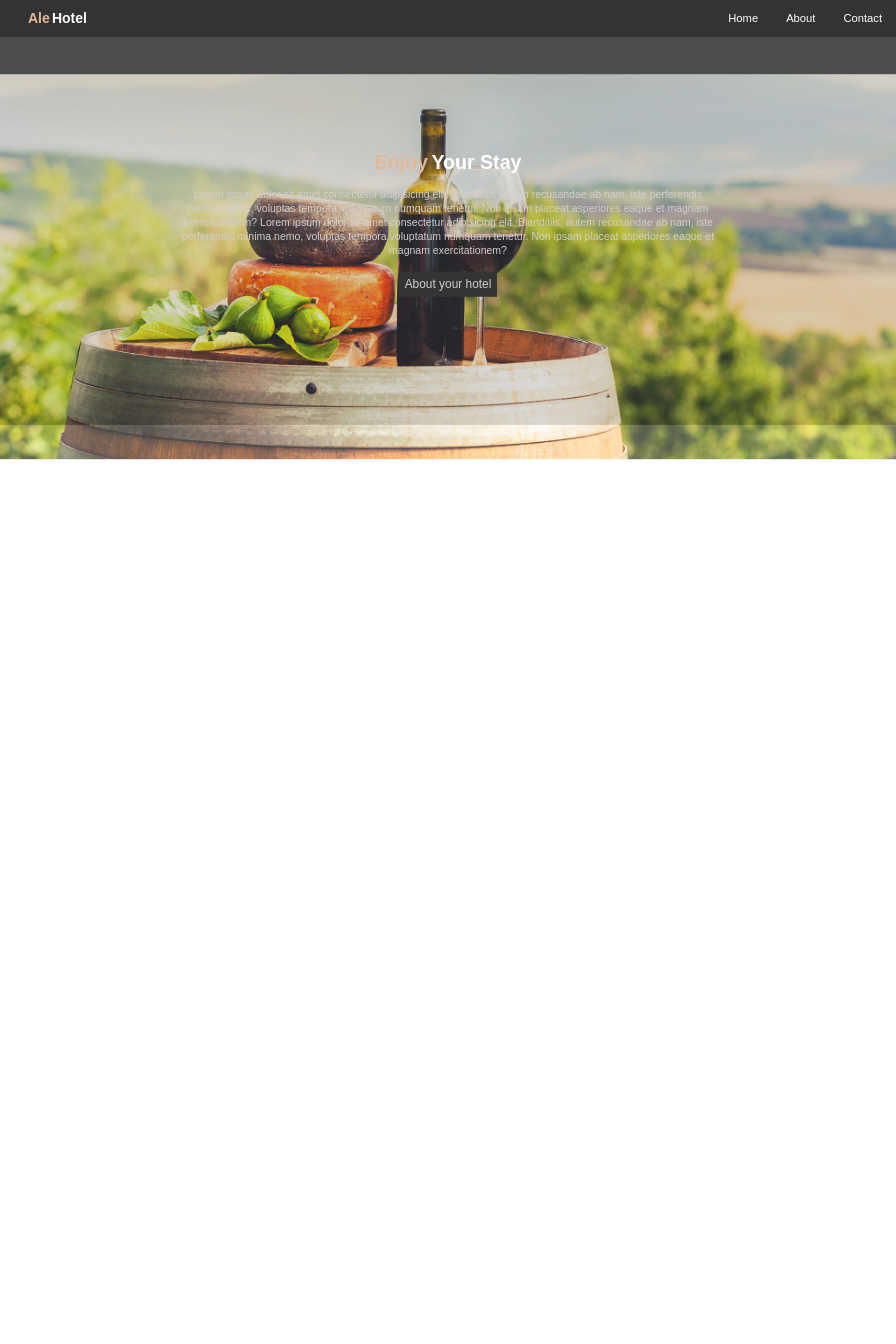
Repository: Ngoc28/HTML-CSS
Page: aleHoltel/index.html
These files come from the project's save history. The page is drawn as it stood at one moment and after the next save; the edit follows.
The browser window is 1280 px wide. The pictures show the part of the page from y = 0 to 1920 px (the page is 5000 px tall), at 70% of full size.

Above is the page before, as saved 2023-08-06 00:04:25.

### aleHoltel/index.html
<!DOCTYPE html>
<html lang="en">
<head>
    <meta charset="UTF-8">
    <meta name="viewport" content="width=device-width, initial-scale=1.0">
    <title>Ale Hotel</title>
    <link rel="stylesheet" href="./style.css">
</head>
<body>
    <header>
        <div class="header-logo">
            <h1 class="heading">Ale<span>Hotel</span></h1>
        </div>
        <nav class="header-nav">
            <ul class="nav-link">
                <li class="nav-item"><a href="">Home</a></li>
                <li class="nav-item"><a href="">About</a></li>
                <li class="nav-item"><a href="">Contact</a></li>
            </ul>
        </nav>
    </header>
    <main>
        <div class="container">
            <div class="about">
                <div class="about-img">
                    <img src="./img/banner1.jpg" alt="About us" height="550px" width="100%">
                </div>
                <div class="about-introduce">
                    <h1 class="about-heading">Enjoy<span>Your Stay</span></h1>
                    <p class="about-text">
                        Lorem ipsum dolor sit amet consectetur adipisicing elit. Blanditiis, autem recusandae ab nam, iste perferendis minima nemo, voluptas tempora voluptatum numquam tenetur. Non ipsam placeat asperiores eaque et magnam exercitationem?
                        Lorem ipsum dolor sit amet consectetur adipisicing elit. Blanditiis, autem recusandae ab nam, iste perferendis minima nemo, voluptas tempora voluptatum numquam tenetur. Non ipsam placeat asperiores eaque et magnam exercitationem?
                    </p>
                    <button class="about-btn">About your hotel</button>
                </div>
            </div>
        </div>
    </main>
</body>
</html>

### aleHoltel/style.css
*{
    margin: 0;
    padding: 0;
    box-sizing: border-box;
}

body {
    font-family:Arial, Helvetica, sans-serif;
}

header {
    position: fixed;
    z-index: 100;
    width: 100%;
    display: flex;
    justify-content: space-between;
    align-items: center;
    background-color: #333333;
}

.header-logo {

}

.header-logo > .heading {
    padding: 15px 40px;
    font-size: 20px;
    color: #e5b895;
}

.heading span {
    color: #fff;
    padding-left: 3px;
}

.header-nav {
    display: block;
}

.nav-link {
    display: flex;
}

.nav-item {
    display: block;
}

.nav-item a {
    padding: 15px 20px;
    color: #fff;
    text-decoration: none;
    display: block;
}

.nav-item a:hover {
    background: #bd0a0a;
}

/* Container */
.container {
    min-height: 5000px;
}

.about {

}

.about-img {
    padding-top:53px ;
    background: rgba(0, 0, 0, 0.7);
}

.about-img img {

    position: relative;
    opacity: .8;
    top: 53px;
    object-fit: cover;
}


.about-introduce {
    position: absolute;
    top: 30%;
    left: 0;
    right: 0;
    margin: 0 auto;
    width: 60%;
    text-align: center;

}

.about-heading {
    color: #e5b895;
    font-size: 28px;
    font-weight: 600;
}

.about-heading span {
    color: #fff;
    padding-left: 5px;
}

.about-text {
    padding: 20px 0;
    font-size: 15px;
    color: #d1cece;
    line-height: 20px;
}

.about-btn {
    background: #343436;
    color: #d1cece;
    padding: 8px;
    font-size: 17px;
    border: none;
    cursor: pointer;
}

.about-btn:hover {
    background-color: #1d1d1e;
    transition: ease .4;
}

After the next save:
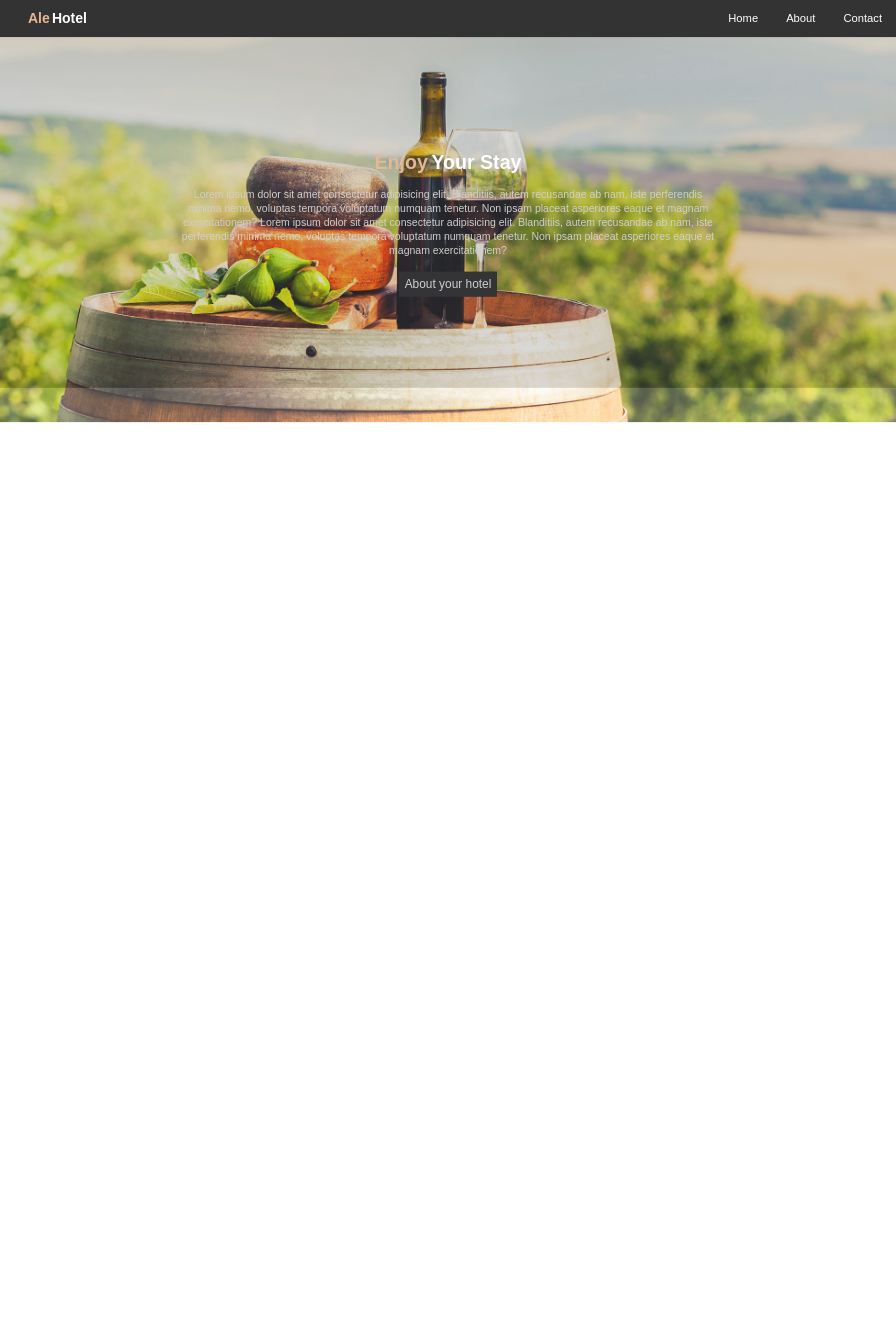
Saved 26 s later.
--- a/aleHoltel/style.css
+++ b/aleHoltel/style.css
@@ -66,7 +66,6 @@ header {
 }
 
 .about-img {
-    padding-top:53px ;
     background: rgba(0, 0, 0, 0.7);
 }
 
@@ -75,6 +74,7 @@ header {
     position: relative;
     opacity: .8;
     top: 53px;
+    bottom: 0;
     object-fit: cover;
 }
 
